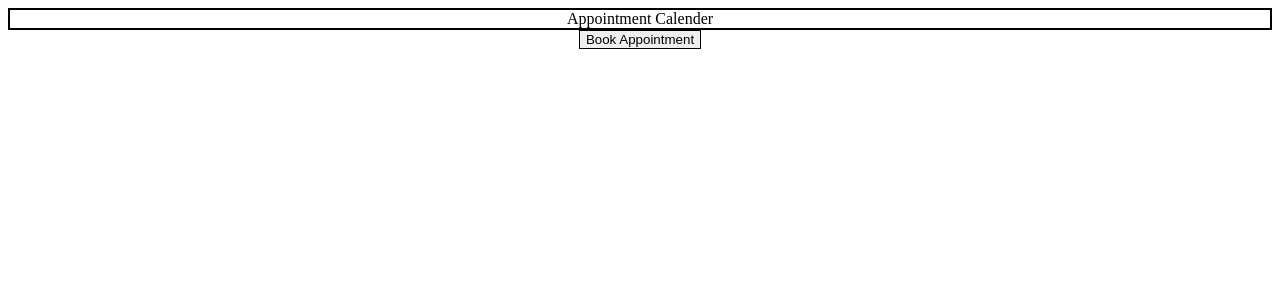
Repository: KennethEskandari/Appointment-Calender-
Page: / (app in Appointment-Calender/)
These files come from the project's save history. The page is drawn as it stood at one moment and after the next save; the edit follows.
The browser window is 1280 px wide. The pictures show the whole page.
The project was rebuilt for these pictures with package versions that can differ from the ones it lists, and the page was loaded fresh each time. Also part of the build but not shown: Appointment-Calender/vite.config.js.

Above is the page before, as saved 2025-04-15 19:35:58.

After the next save:
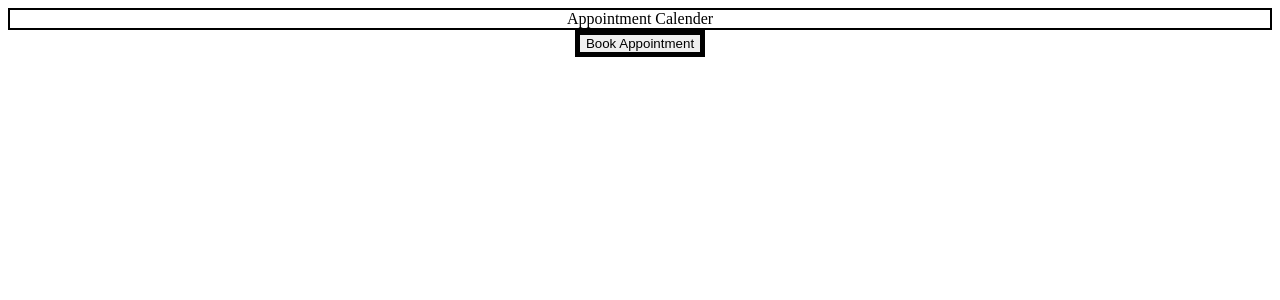
Saved 4 s later.
--- a/Appointment-Calender/src/App.jsx
+++ b/Appointment-Calender/src/App.jsx
@@ -7,7 +7,7 @@ function App() {
   return (
     <div>
       <header className="h-16 border-2 text-center text-2xl bg-purple-400">Appointment Calender</header>
-      <button className="text-2xl mx-auto block border-1">Book Appointment</button>
+      <button className="text-2xl mx-auto block border-5">Book Appointment</button>
     </div>
 
   )
